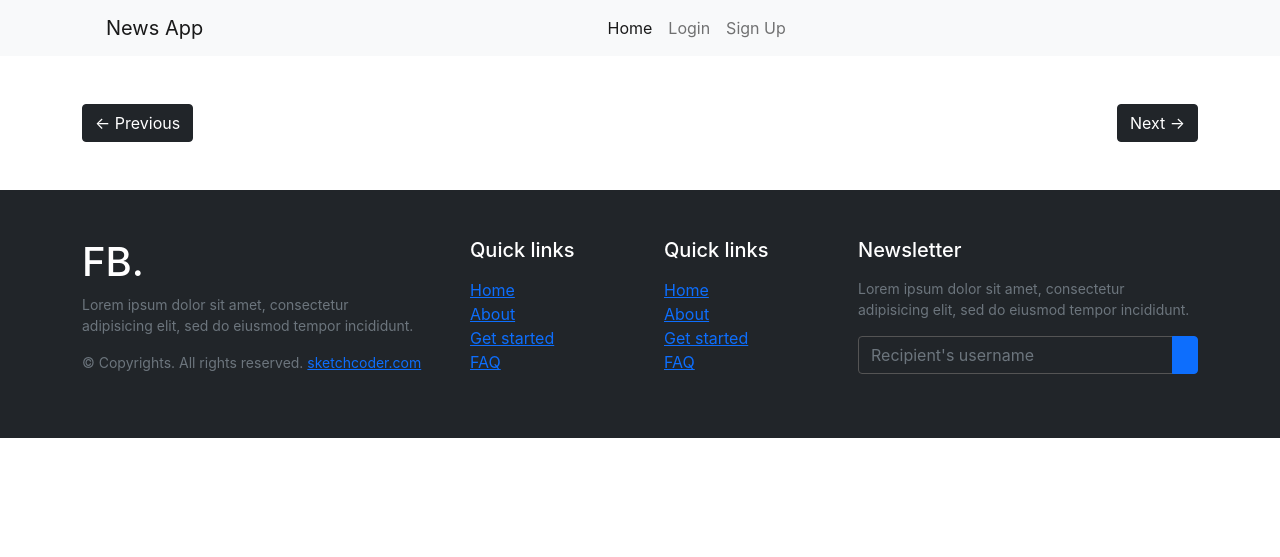
Repository: ZainAkbar51214/News-Site
Page: /
The author's editor kept a copy of each file at every save. The page is drawn from the files as they stood at one save, then again after the next save.
The browser window is 1280 px wide. The pictures show the whole page.
The page's requests for data from a server got no answer. The project was rebuilt for these pictures with package versions that can differ from the ones it lists, and the page was loaded fresh each time. A package was used in the major version that the imports need, not the one package.json lists. No one was signed in, and anything a server would have sent is missing. Also part of the build but not shown: src/App.css, src/Components/Layouts/NewsItem.js, src/Components/pages/Login.jsx, src/Components/pages/SignUp.jsx.

Above is the page before, as saved 2023-12-18 01:29:02.

After the next save:
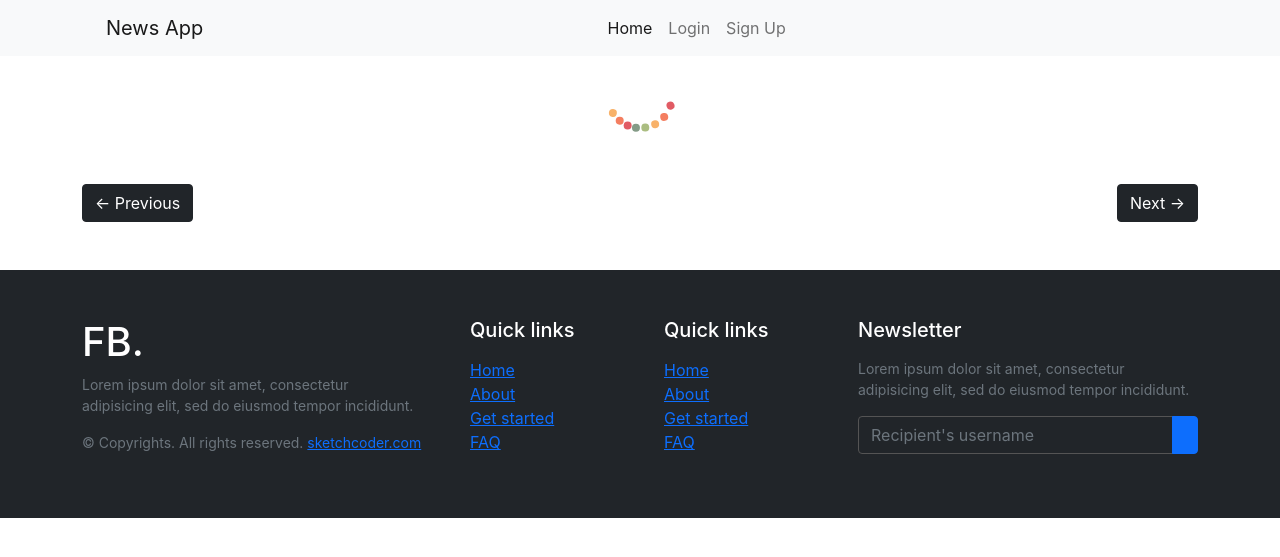
Saved 93 s later.
--- a/src/Components/Layouts/News.js
+++ b/src/Components/Layouts/News.js
@@ -15,12 +15,14 @@ class News extends Component {
 
     async componentDidMount(){
         let url = `https://newsapi.org/v2/top-headlines?apiKey=ad02bf3d34a0416cb244eb374fced0bb&q=news&page=1&pageSize=${this.props.pageSize}`;
+        this.setState({loading: true});
         let data = await fetch(url);
         let passData = await data.json();
         console.log(passData);
         this.setState({
             articles: passData.articles,
-            totalResults: passData.totalResults
+            totalResults: passData.totalResults,
+            loading: false
         })
 
     }
